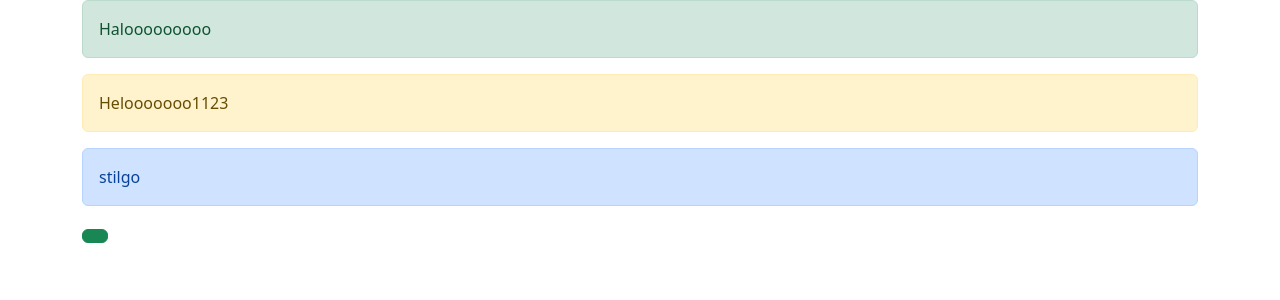
Repository: hcozyph/cybersoft_JS_5_T-ch-h-m
Page: index.htm
An editor plug-in stored every save of this project. The page is shown before and after the next save, followed by the edit.
The browser window is 1280 px wide. The pictures show the whole page.

Above is the page before, as saved 2023-02-05 10:34:05.

After the next save:
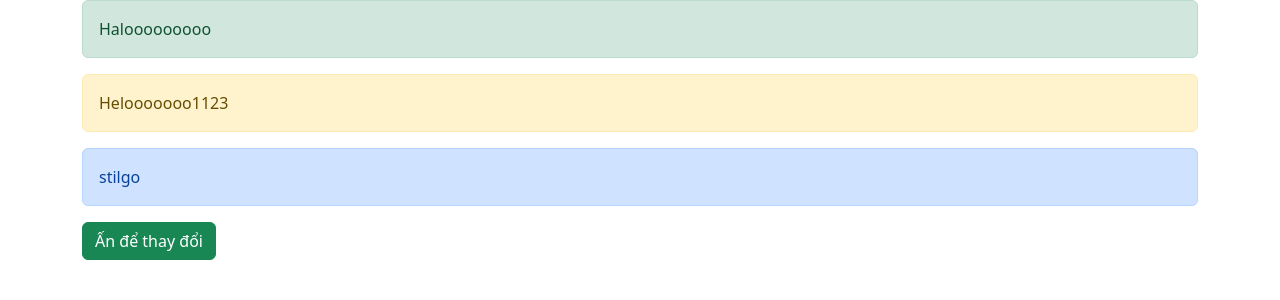
Saved 7 s later.
--- a/index.htm
+++ b/index.htm
@@ -31,7 +31,9 @@
                 >stilgo</span
             >
 
-            <button id="btnThayDoi" class="btn btn-success"></button>
+            <button id="btnThayDoi" class="btn btn-success">
+                Ấn để thay đổi
+            </button>
         </div>
 
         <!-- bootstrap -->
